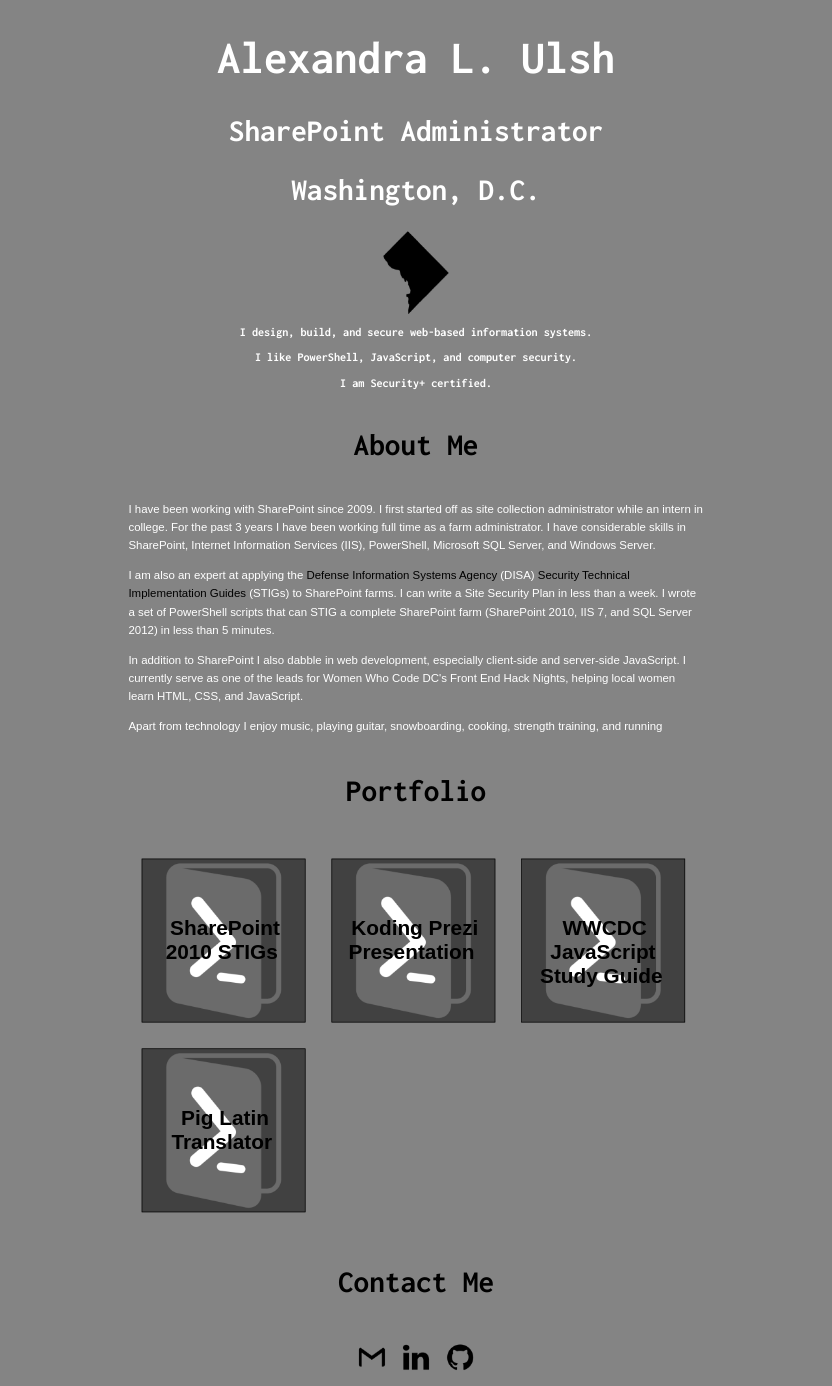
Repository: alulsh/alulsh.github.io
Page: index.html
The author's editor kept a record of every edit. The page is drawn from the files as they stood at one moment, then again after the next edit.
The browser window is 1280 px wide. The pictures show the whole page, at 65% of full size.

Above is the page before.

### index.html
<!DOCTYPE html>
<html lang="en">
  <head>
    <meta charset="utf-8">
    <meta http-equiv="X-UA-Compatible" content="IE=edge">
    <meta name="viewport" content="width=device-width, initial-scale=1">
    <title>Alexandra L. Ulsh</title>

	<!-- Google Fonts -->
	<link href="https://fonts.googleapis.com/css?family=Inconsolata:400,700" rel="stylesheet" type="text/css">

	<link href="css/styles.css" rel="stylesheet" type="text/css">

  </head>
<body>
		<div class="container">

			<h1 class="inconsolata">Alexandra L. Ulsh</h1>

				<h2 class="inconsolata" id="MyJob">
				    <a href="http://www.skylinetechnologies.com/Blog/Article/128/What-is-a-SharePoint-Administrator.aspx" id="MyJobLink" alt="What is a SharePoint Administrator?" title="What is a SharePoint Administrator?">SharePoint Administrator</a>
				</h2>

				<h2 class="inconsolata">Washington, D.C.</h2>
				<img src="images/dcSmall.png" id="washingtonDC" />

				<div class="inconsolata">
					<h3>I design, build, and secure web-based information systems.</h3>
					<h3>I like PowerShell, JavaScript, and computer security.</h3>
					<h3>I am Security+ certified.</h3>
				</div>

		</div>

        <div id="MainContent">

    			<h2 class="MainSection">About Me</h2>

                <p>I have been working with SharePoint since 2009. I first started off as site collection administrator while an intern in college. For the past 3 years I have been working full time as a farm administrator. I have considerable skills in SharePoint, Internet Information Services (IIS), PowerShell, Microsoft SQL Server, and Windows Server.</p>

                <p>I am also an expert at applying the <a href="http://www.disa.mil/">Defense Information Systems Agency</a> (DISA) <a href="http://iase.disa.mil/stigs/Pages/index.aspx">Security Technical Implementation Guides</a> (STIGs) to SharePoint farms. I can write a Site Security Plan in less than a week. I wrote a set of PowerShell scripts that can STIG a complete SharePoint farm (SharePoint 2010, IIS 7, and SQL Server 2012) in less than 5 minutes.</p>

                <p>In addition to SharePoint I also dabble in web development, especially client-side and server-side JavaScript. I currently serve as one of the leads for Women Who Code DC's Front End Hack Nights, helping local women learn HTML, CSS, and JavaScript.</p>

                <p>Apart from technology I enjoy music, playing guitar, snowboarding, cooking, strength training, and running</p>

            <h2 class="MainSection">Portfolio</h2>

            	<div id="PortfolioWrapper">

									<a href="https://github.com/alulsh/SharePoint-2010-STIGs">
		                <div class="portfolio powershell">
		                	<span class="portfolioText">SharePoint 2010 STIGs</span>
		                </div>
	                </a>

	                <!--
	                <div class="portfolio powershell">
	                	<span class="portfolioText">SharePoint 2010 Setup Scripts</span>
	                </div>
	                -->

	                <a href="http://prezi.com/imdoo23pxek3/?utm_campaign=share&utm_medium=copy&rc=ex0share">
		                <div class="portfolio powershell">
		                	<span class="portfolioText">Koding Prezi Presentation</span>
		                </div>
	                </a>

	                <a href="https://github.com/womenwhocodedc/organization/blob/master/learning-resources/front-end-hack-nights/javascript_study_guide.md">
		                <div class="portfolio powershell">
		                	<span class="portfolioText">WWCDC JavaScript Study Guide<span>
		                </div>
		              </a>

	                <a href="https://github.com/alulsh/Pig-Latin-Translator">
		                <div class="portfolio powershell">
		                	<span class="portfolioText">Pig Latin Translator</span>
		                </div>
	                </a>

            	</div>

          <div class="wrapper">
						<h2 class="MainSection clear">Contact Me</h2>
          </div>

    		  <div id="SocialMediaWrapper">

	          <a href="mailto:alexandra.ulsh@gmail.com">
							<div id="GmailIcon" class="SocialMediaIcon"></div>
	          </a>

						<a href="http://www.linkedin.com/in/alexandraulsh">
							<div id="LinkedInIcon" class="SocialMediaIcon"></div>
						</a>

						<a href="https://github.com/alulsh/">
							<div id="GitHubIcon" class="SocialMediaIcon"></div>
						</a>

					</div>

    	</div>

  </body>
</html>

### css/styles.css
/* General styles */

body {
    background-color: #848484;
    font-family: Arial, sans-serif;
    color: #FFF;
}

p {
    line-height: 160%;
    font-size: 1.1em;
}

a {
    text-decoration: none;
    color: #000;
}

a:hover {
    color: #2E2E2E;
}

a:visited {
    color: #000;
}

.inconsolata {
    font-family: 'Inconsolata', Arial, serif;
    font-weight: 700;
}

h1 {
    font-size: 72px;
    margin: 50px 0px 50px 0px;
    text-align: center;
}

h2 {
   margin-top: 35px;
   font-size: 48px;
}

/*
h1:hover, h2:hover, h3:hover, #MyJobLink:hover {
    color: #000;
}

h3 {
    margin-bottom: 30px;
    font-size: 24px;
}


/* Divs and sections */

.container {
    width: 100%;
    margin: auto;
    text-align: center;
}

#MyJobLink {
    text-decoration: none;
    color: #FFF;
    cursor: help;
}

#washingtonDC {
    vertical-align: middle;
    width: 100px;
    height: 127px;
}

#MainContent {
    width: 70%;
    margin: auto;
}

.MainSection {
    text-align: center;
    margin: 60px 0px 60px 0px;
    font-size: 48px;
    color: #000;
    font-family: 'Inconsolata', Arial, serif;
    font-weight: 700;
}

.MainSection:hover {
    color: #FFF;
}

/* Portfolio styles */

#PortfolioWrapper {
    width: 100%;
    margin: auto;
    border: 1 px solid black;
}

.portfolioText {
    color: #000;
    position: relative;
    top: 35%;
    font-weight: bold;
    padding: 5px;
}

.powershell {
    background: url(../images/PS_BlackAndWhite_Medium.png);
    height: 250px;
    width: 250px;
}

.portfolio:hover {
    background-color: #000;
    opacity: 0.9;
}

.portfolio:hover .portfolioText {
    color: #2E2E2E;
}

.wrapper {
    clear: both;
    padding-top: 1px;
}

.clear {
    clear: both;
}

.portfolio {
    background-color: rgba(0,0,0,0.5);
    float: left;
    margin: 20px;
    border: 1px solid black;
    font-size: 32px;
    text-align: center;
    height: 250px;
    width: 250px;
}

/* Social Media Styles */

#SocialMediaWrapper {
    margin: auto;
    text-align: center;
}

.SocialMediaIcon {
    height: 64px;
    width: 64px;
    margin: auto;
    display: inline-block;
    border: 0px;
}

#GmailIcon {
    background-image: url(../images/gmail-64-black.png);
}

#GmailIcon:hover {
    background: url(../images/gmail-64.png);
}

#LinkedInIcon {
    background: url(../images/linkedin-64-black.png);
}

#LinkedInIcon:hover {
    background: url(../images/linkedin-64.png);
}

#GitHubIcon {
    background: url(../images/github-64-black.png);
}

#GitHubIcon:hover {
    background: url(../images/github-64.png);
}

After the next edit:
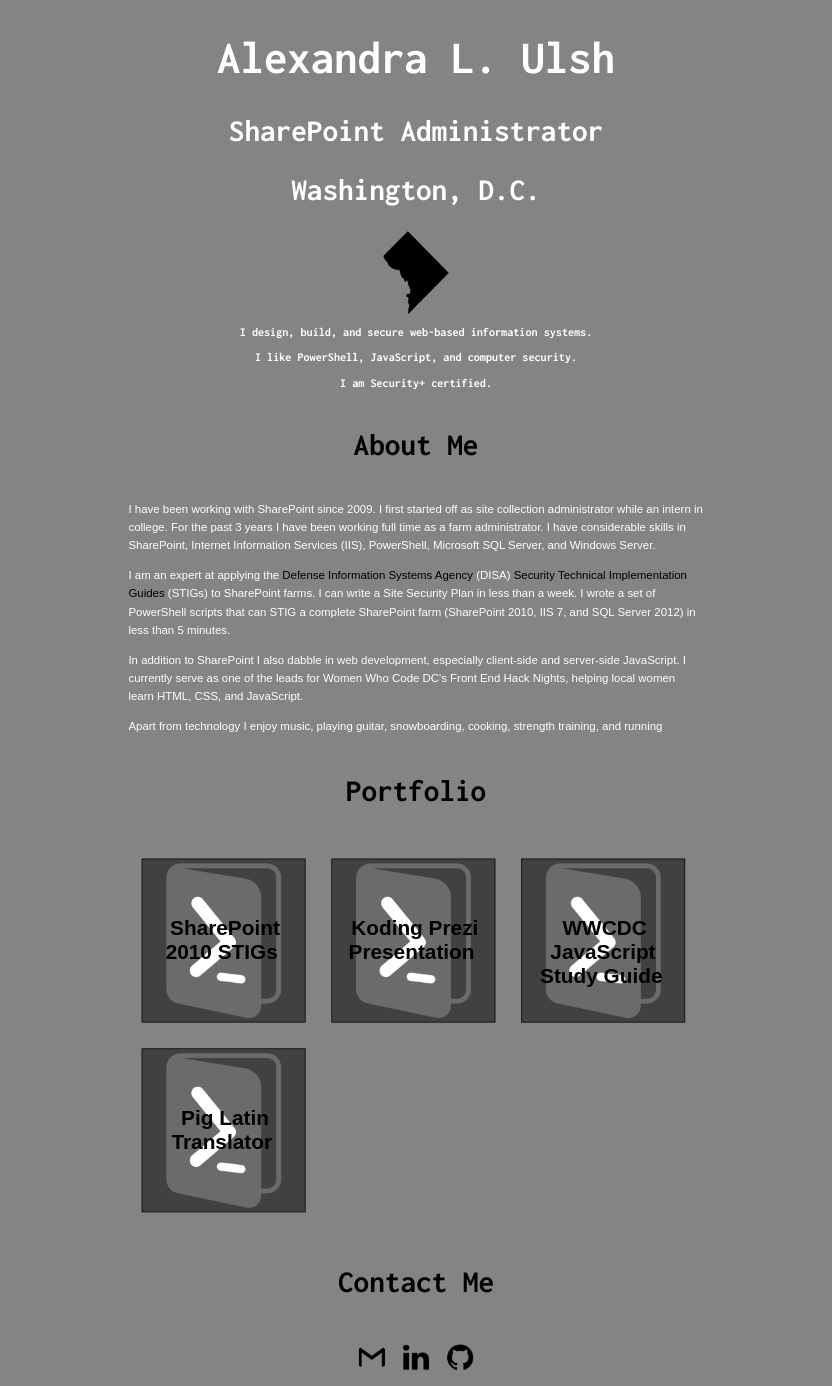
The edit:
--- a/index.html
+++ b/index.html
@@ -38,7 +38,7 @@
 
                 <p>I have been working with SharePoint since 2009. I first started off as site collection administrator while an intern in college. For the past 3 years I have been working full time as a farm administrator. I have considerable skills in SharePoint, Internet Information Services (IIS), PowerShell, Microsoft SQL Server, and Windows Server.</p>
 
-                <p>I am also an expert at applying the <a href="http://www.disa.mil/">Defense Information Systems Agency</a> (DISA) <a href="http://iase.disa.mil/stigs/Pages/index.aspx">Security Technical Implementation Guides</a> (STIGs) to SharePoint farms. I can write a Site Security Plan in less than a week. I wrote a set of PowerShell scripts that can STIG a complete SharePoint farm (SharePoint 2010, IIS 7, and SQL Server 2012) in less than 5 minutes.</p>
+                <p>I am an expert at applying the <a href="http://www.disa.mil/">Defense Information Systems Agency</a> (DISA) <a href="http://iase.disa.mil/stigs/Pages/index.aspx">Security Technical Implementation Guides</a> (STIGs) to SharePoint farms. I can write a Site Security Plan in less than a week. I wrote a set of PowerShell scripts that can STIG a complete SharePoint farm (SharePoint 2010, IIS 7, and SQL Server 2012) in less than 5 minutes.</p>
 
                 <p>In addition to SharePoint I also dabble in web development, especially client-side and server-side JavaScript. I currently serve as one of the leads for Women Who Code DC's Front End Hack Nights, helping local women learn HTML, CSS, and JavaScript.</p>
 
